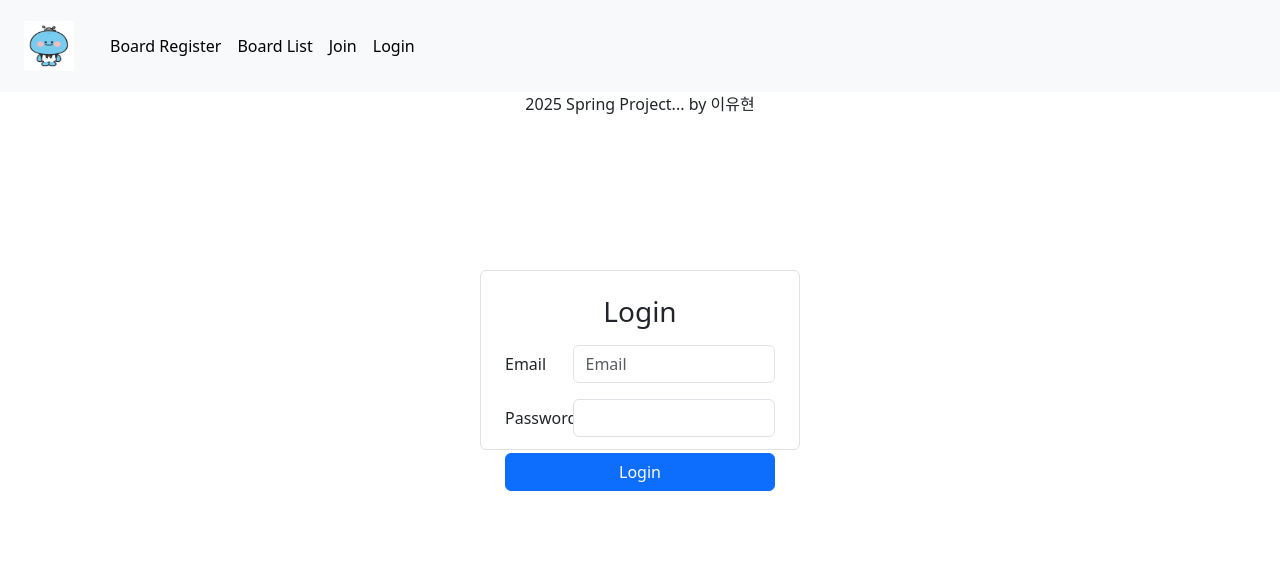
Repository: LeeYouHyeon/6.Spring
Page: http://localhost/spring_project/WEB-INF/views/user/login.jsp
An editor plug-in stored every save of this project. The page is shown before and after the next save, followed by the edit.
The browser window is 1280 px wide. The pictures show the whole page.
The page is served by Tomcat 9. Nobody is signed in. Other server files are loaded and not shown. The template is opened directly, without the code that normally fills it, so the values that code supplies are empty.

Above is the page before, as saved 2025-06-10 05:16:39.

### spring_project/src/main/webapp/WEB-INF/views/user/login.jsp
<%@ page language="java" contentType="text/html; charset=UTF-8" pageEncoding="UTF-8"%>
<%@ include file="../layout/header.jsp"%>
<%@ taglib uri="http://java.sun.com/jsp/jstl/core" prefix="c" %>

<div class="w-25 h-25 p-4 border rounded position-absolute top-50 start-50 translate-middle">
	<h3 class="text-center mb-3">Login</h3>
	<form action="/user/login" method="post">
		<div class="mb-3 d-flex justify-content-around align-items-center">
			<div class="w-25">Email</div>
			<input type="text"
				class="form-control w-75"
				id="email"
				name="email"
				placeholder="Email"
				required>
		</div>
		<div class="mb-3 d-flex justify-content-around align-items-center">
			<div class="w-25">Password</div>
			<input type="password"
				class="form-control w-75"
				id="pwd"
				name="pwd">
		</div>
		<button type="submit" class="btn btn-primary w-100">Login</button>
	</form>
</div>

<%@ include file="../layout/footer.jsp"%>

### spring_project/src/main/webapp/WEB-INF/views/layout/header.jsp
<%@ page language="java" contentType="text/html; charset=UTF-8" pageEncoding="UTF-8"%>
<!DOCTYPE html>
<html>
<head>
<meta charset="UTF-8">
<title>Spring Project</title>
<link rel="stylesheet" href="/resources/dist/css/bootstrap.min.css">
<script type="text/javascript" src="/resources/dist/js/bootstrap.bundle.min.js"></script>
</head>
<body>
	<nav class="navbar navbar-expand-lg bg-body-tertiary">
		<div class="container-fluid">
			<nav class="navbar bg-body-tertiary">
				<div class="container">
					<a class="navbar-brand" href="/">
						<img src="/resources/image/logo.jpg" alt="Bootstrap" width="50" height="50">
					</a>
				</div>
			</nav>
			<button class="navbar-toggler"
				type="button"
				data-bs-toggle="collapse"
				data-bs-target="#navbarSupportedContent"
				aria-controls="navbarSupportedContent"
				aria-expanded="false"
				aria-label="Toggle navigation">
				<span class="navbar-toggler-icon"></span>
			</button>
			<div class="collapse navbar-collapse" id="navbarSupportedContent">
				<ul class="navbar-nav me-auto mb-2 mb-lg-0">
					<li class="nav-item"><a class="nav-link active" aria-current="page" href="/board/register">Board Register</a></li>
					<li class="nav-item"><a class="nav-link active" aria-current="page" href="/board/list">Board List</a></li>
					<li class="nav-item"><a class="nav-link active" aria-current="page" href="/user/register">Join</a></li>
					<li class="nav-item"><a class="nav-link active" aria-current="page" href="/user/login">Login</a></li>
				</ul>
			</div>
		</div>
	</nav>

### spring_project/src/main/webapp/WEB-INF/views/layout/footer.jsp
<%@ page language="java" contentType="text/html; charset=UTF-8"
	pageEncoding="UTF-8"%>

<div class="container-md d-flex justify-content-center">2025 Spring Project... by 이유현</div>
</body>
</html>

Loaded but not shown: spring_project/src/main/webapp/resources/dist/css/bootstrap.min.css (library); spring_project/src/main/webapp/resources/dist/js/bootstrap.bundle.min.js (library)

After the next save:
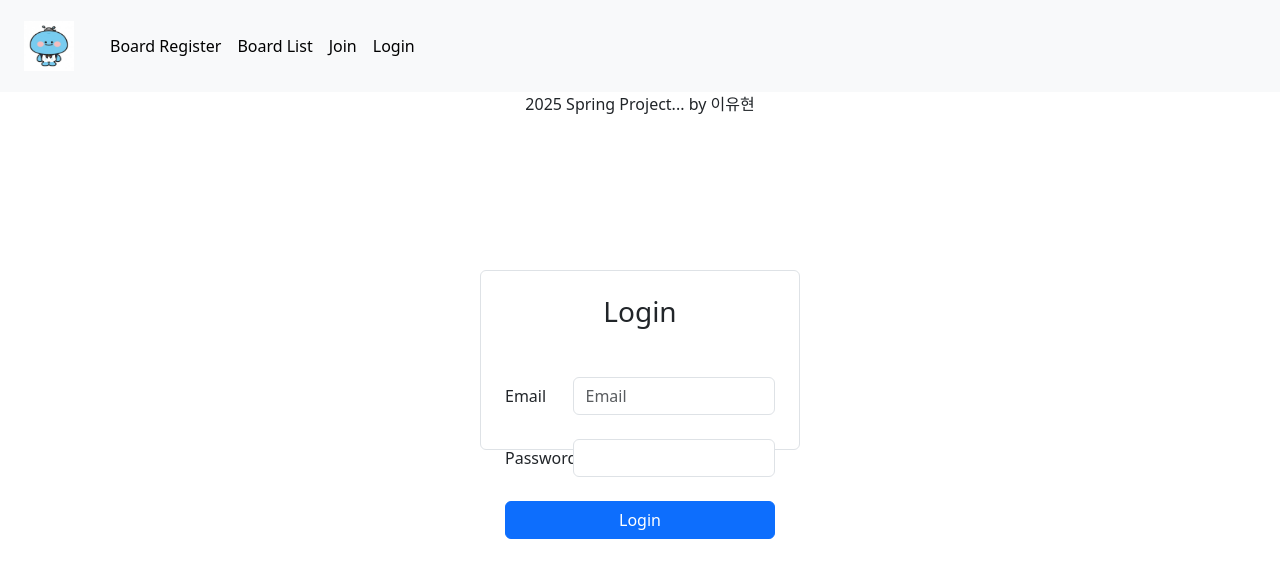
Saved 2 min 46 s later.
--- a/spring_project/src/main/webapp/WEB-INF/views/user/login.jsp
+++ b/spring_project/src/main/webapp/WEB-INF/views/user/login.jsp
@@ -3,9 +3,9 @@
 <%@ taglib uri="http://java.sun.com/jsp/jstl/core" prefix="c" %>
 
 <div class="w-25 h-25 p-4 border rounded position-absolute top-50 start-50 translate-middle">
-	<h3 class="text-center mb-3">Login</h3>
+	<h3 class="text-center mb-5">Login</h3>
 	<form action="/user/login" method="post">
-		<div class="mb-3 d-flex justify-content-around align-items-center">
+		<div class="mb-4 d-flex justify-content-around align-items-center">
 			<div class="w-25">Email</div>
 			<input type="text"
 				class="form-control w-75"
@@ -14,14 +14,14 @@
 				placeholder="Email"
 				required>
 		</div>
-		<div class="mb-3 d-flex justify-content-around align-items-center">
+		<div class="mb-4 d-flex justify-content-around align-items-center">
 			<div class="w-25">Password</div>
 			<input type="password"
 				class="form-control w-75"
 				id="pwd"
 				name="pwd">
 		</div>
-		<button type="submit" class="btn btn-primary w-100">Login</button>
+		<button type="submit" class="btn btn-primary w-100 mb-3">Login</button>
 	</form>
 </div>
 
